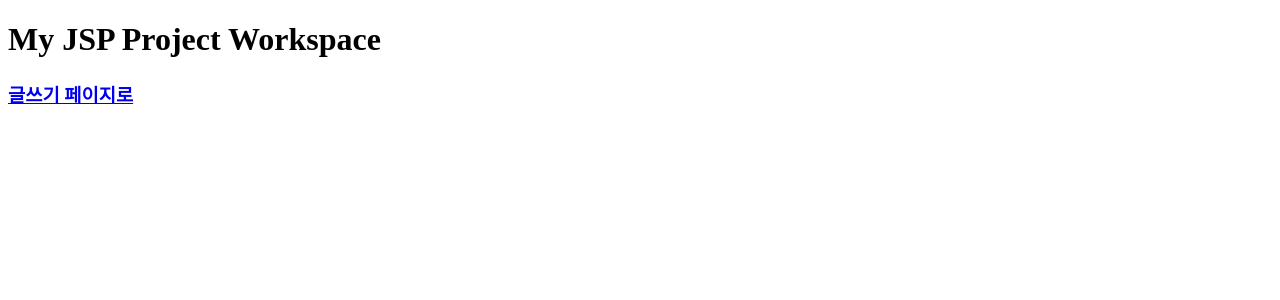
Repository: gajami-kim/240430_JSPJSTL_Study
Page: http://localhost/jsp_study2/
The author's editor kept a copy of each file at every save. The page is drawn from the files as they stood at one save, then again after the next save.
The browser window is 1280 px wide. The pictures show the whole page.
The page is served by Tomcat 9. Other server files are loaded and not shown.

Above is the page before, as saved 2024-04-16 06:19:16.

### _jsp_workspace2/jsp_study2/src/main/webapp/index.jsp
<%@ page language="java" contentType="text/html; charset=UTF-8"
    pageEncoding="UTF-8"%>
<!DOCTYPE html>
<html>
<head>
<meta charset="UTF-8">
<title>Insert title here</title>
</head>
<body>
	<h1>My JSP Project Workspace</h1>
	<h3> <a href="/brd/register">글쓰기 페이지로</a> </h3>
</body>
</html>

After the next save:
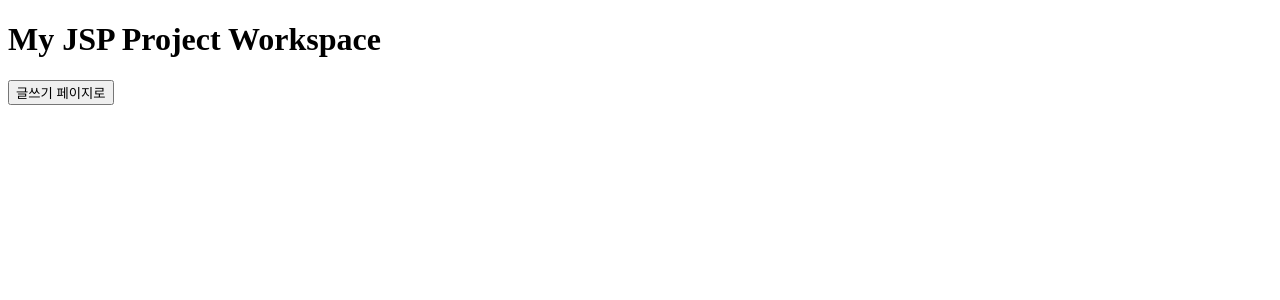
Saved 71 s later.
--- a/_jsp_workspace2/jsp_study2/src/main/webapp/index.jsp
+++ b/_jsp_workspace2/jsp_study2/src/main/webapp/index.jsp
@@ -8,6 +8,6 @@
 </head>
 <body>
 	<h1>My JSP Project Workspace</h1>
-	<h3> <a href="/brd/register">글쓰기 페이지로</a> </h3>
+	<h3> <a href="/brd/register"> <button>글쓰기 페이지로</button></a> </h3>
 </body>
 </html>
